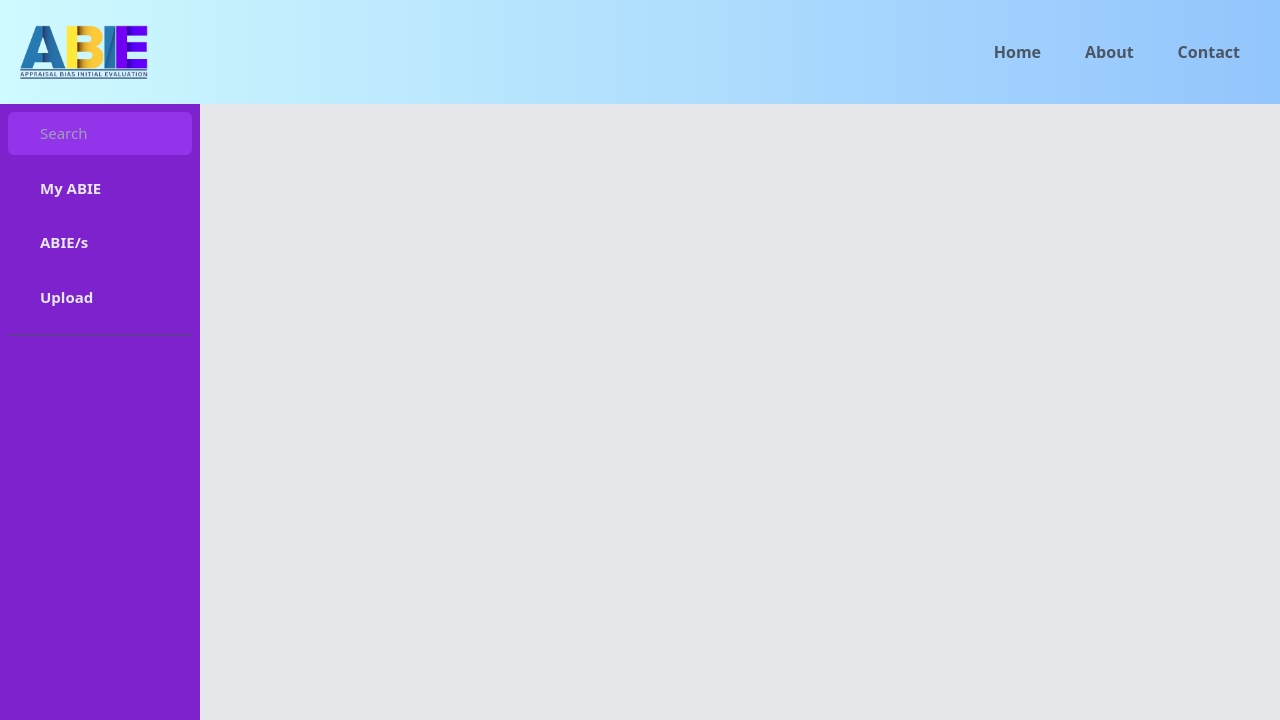
Repository: WafulaLukorito/Abie-frontend
Page: /dashboard
An editor plug-in stored every save of this project. The page is shown before and after the next save, followed by the edit.
The browser window is 1280 px wide. The pictures show the whole page.
The project was rebuilt for these pictures with package versions that can differ from the ones it lists, and the page was loaded fresh each time. Also part of the build but not shown: vite.config.js, src/components/Header/Button.jsx, src/components/Header/Links.jsx, src/components/Header/index.jsx, src/pages/Home.jsx, src/pages/About.jsx.

Above is the page before, as saved 2024-01-26 15:55:06.

### index.html
<!doctype html>
<html lang="en">
  <head>
    <meta charset="UTF-8" />
    <link rel="icon" type="image/svg+xml" href="src\assets\logo.png" />
    <meta name="viewport" content="width=device-width, initial-scale=1.0" />
    <title>Vite + React</title>
  </head>
  <body>
    <div id="root"></div>
    <script type="module" src="/src/main.jsx"></script>
  </body>
</html>

### src/main.jsx
import React from 'react'
import ReactDOM from 'react-dom/client'
import './index.css'
import { createBrowserRouter, RouterProvider } from 'react-router-dom'

//pages
import Home from './pages/Home'
import About from './pages/About'
import Dashboard from './pages/Dashboard'

const routes = createBrowserRouter([
  {
    path: '/',
    element: <Home/>,
  },
  {
    path: '/about',
    element: <About/>
  },
  {
    path: '/dashboard',
    element: <Dashboard/>
  },
  {
    path: '*',
    element: <div>404 Not Found</div>
  }
])

ReactDOM.createRoot(document.getElementById('root')).render(
  <React.StrictMode>
    <RouterProvider router={routes}/>
  </React.StrictMode>,
)

### src/index.css
@tailwind base;
@tailwind components;
@tailwind utilities;

* {
  margin: 0;
  padding: 0;
  box-sizing: border-box;
}

.sidebar {
  top: 6.5rem;
}

### src/pages/Dashboard.jsx

import Sidebar from "../components/Sidebar";
import Header from "../components/Header";
import NavBar from "../components/Navbar";

const Dashboard = () => {
    return (
        <div className="flex h-screen bg-gray-200">
            <Sidebar />
            <div className="flex flex-col flex-1 overflow-hidden">
                {/* Header */}
               <NavBar />

                {/* Main content */}
                <main className="flex-1 overflow-x-hidden overflow-y-auto bg-gray-200">
                    <div className="container mx-auto px-6 py-8">
                        {/* Main content goes here */}
                        <h1>Hello World! </h1>
                    </div>
                </main>
            </div>
        </div>
    );
}

export default Dashboard;

### src/components/Navbar/index.jsx
import React from "react";
import Logo from "../../assets/logo.png"
import { Link } from "react-router-dom";

export default function NavBar() {
  return (
    <header className="text-gray-600 body-font bg-gradient-to-r from-cyan-100 to-blue-300 text-blue-800">
      <div className="container mx-auto flex flex-wrap p-5 flex-col md:flex-row items-center">
        <a className="w-32 h-16 flex title-font font-medium items-center text-gray-900 mb-4 md:mb-0">
            <img src={Logo} alt="Logo" className="w-full h-full object-contain" />
        </a>
        <nav className="md:ml-auto flex flex-wrap items-center text-base justify-center text-2xl font-semibold gap-x-6">
          <Link to='/' className="mr-5 hover:text-gray-900">Home</Link>
          <Link to='/about' className="mr-5 hover:text-gray-900">About</Link>
          <a className="mr-5 hover:text-gray-900">Contact</a>
        </nav>
      </div>
    </header>
  );
}

### src/components/Sidebar/index.jsx
import React, { useState } from 'react';

const Sidebar = () => {
  const [isSidebarOpen, setIsSidebarOpen] = useState(true);
  const [isDropdownOpen, setIsDropdownOpen] = useState(false);

  const toggleSidebar = () => {
    console.log("Toggling sidebar, current state:", isSidebarOpen);
    setIsSidebarOpen(!isSidebarOpen);
  };

  const toggleDropdown = () => {
    setIsDropdownOpen(!isDropdownOpen);
  };

  return (
    <div>
          {/* Sidebar */}
          <div className={`sidebar fixed top-0 bottom-0 lg:left-0 p-2 w-[200px] overflow-y-auto text-center ${isSidebarOpen ? 'bg-purple-700' : 'hidden'}`}>
        {/* Toggle button inside sidebar when open */}
        {isSidebarOpen && (
          <span
            className=" absolute text-black text-4xl top-5 left-[300px] cursor-pointer "
            onClick={toggleSidebar}
          >
            {"<<"}
          </span>
        )}
        {/* Search bar */}
        <div className="p-2.5 flex items-center rounded-md px-4 duration-300 cursor-pointer bg-purple-600 text-white">
          <i className="bi bi-search text-sm"></i>
          <input
            type="text"
            placeholder="Search"
            className="text-[15px] ml-4 w-full bg-transparent focus:outline-none"
          />
        </div>

        {/* My ABIE link */}
        <div className="p-2.5 mt-3 flex items-center rounded-md px-4 duration-300 cursor-pointer hover:bg-blue-600 text-white">
          <i className="bi bi-house-door-fill"></i>
          <span className="text-[15px] ml-4 text-gray-200 font-bold">My ABIE</span>
        </div>

        {/* ABIE/s */}
        <div className="p-2.5 mt-3 flex items-center rounded-md px-4 duration-300 cursor-pointer hover:bg-blue-600 text-white">
          <i className="bi bi-bookmark-fill"></i>
          <span className="text-[15px] ml-4 text-gray-200 font-bold">ABIE/s</span>
        </div>
        {/* Upload*/}
        <div className="p-2.5 mt-3 flex items-center rounded-md px-4 duration-300 cursor-pointer hover:bg-blue-600 text-white">
          <i className="bi bi-bookmark-fill"></i>
          <span className="text-[15px] ml-4 text-gray-200 font-bold">Upload</span>
        </div>

        {/* Separator */}
        <div className="my-4 bg-gray-600 h-[1px]"></div>


      </div>


{/* Toggle button outside sidebar when closed */}
{!isSidebarOpen && (
  <span
    className="absolute text-white text-4xl top-5 left-4 cursor-pointer z-20"
    onClick={toggleSidebar}
  >
    {">>"}
  </span>
)}
</div>

  );
};

export default Sidebar;

Loaded but not shown: tailwind.config.js (common file)

After the next save:
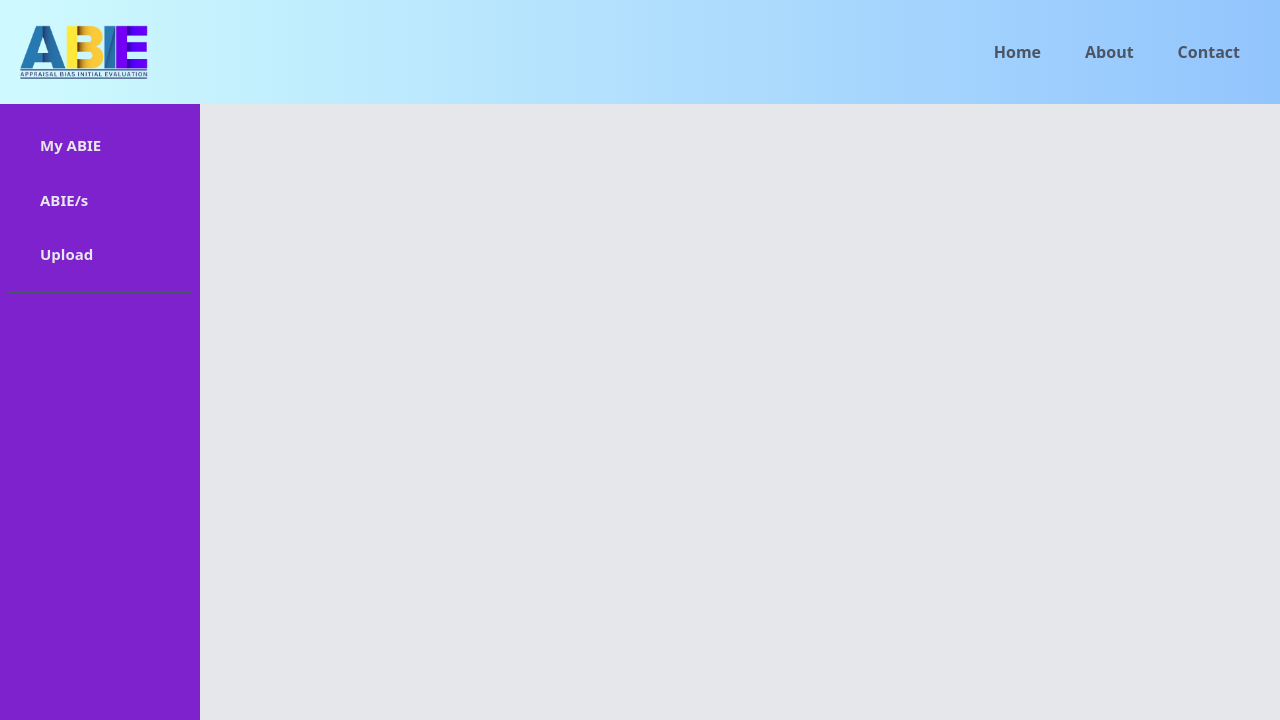
Saved 30 s later.
--- a/src/components/Sidebar/index.jsx
+++ b/src/components/Sidebar/index.jsx
@@ -27,14 +27,14 @@
           </span>
         )}
         {/* Search bar */}
-        <div className="p-2.5 flex items-center rounded-md px-4 duration-300 cursor-pointer bg-purple-600 text-white">
+        {/* <div className="p-2.5 flex items-center rounded-md px-4 duration-300 cursor-pointer bg-purple-600 text-white">
           <i className="bi bi-search text-sm"></i>
           <input
             type="text"
             placeholder="Search"
             className="text-[15px] ml-4 w-full bg-transparent focus:outline-none"
           />
-        </div>
+        </div> */}
 
         {/* My ABIE link */}
         <div className="p-2.5 mt-3 flex items-center rounded-md px-4 duration-300 cursor-pointer hover:bg-blue-600 text-white">
